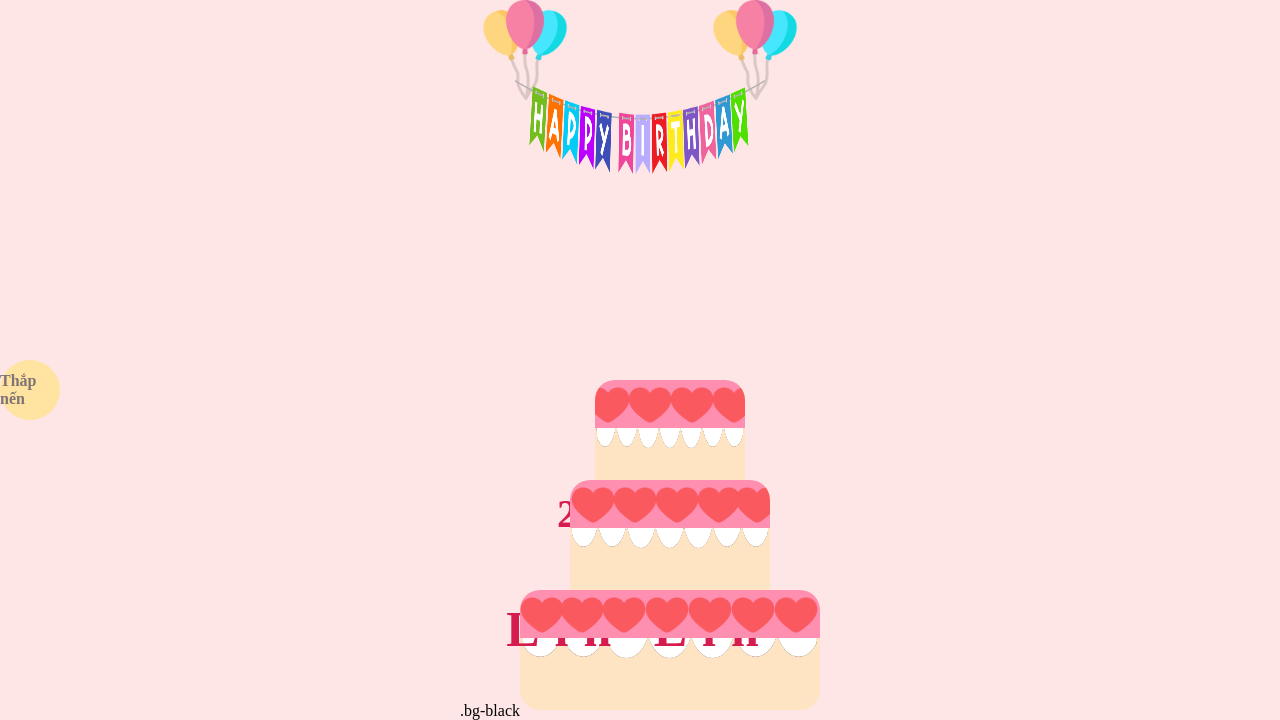
Repository: iphoneboy46/happybirthday
Page: index.html
The author's editor kept a copy of each file at every save. The page is drawn from the files as they stood at one save, then again after the next save.
The browser window is 1280 px wide. The pictures show the whole page.
Some web fonts or font styles are not loaded; a fallback is used.

Above is the page before, as saved 2022-11-28 21:41:05.

After the next save:
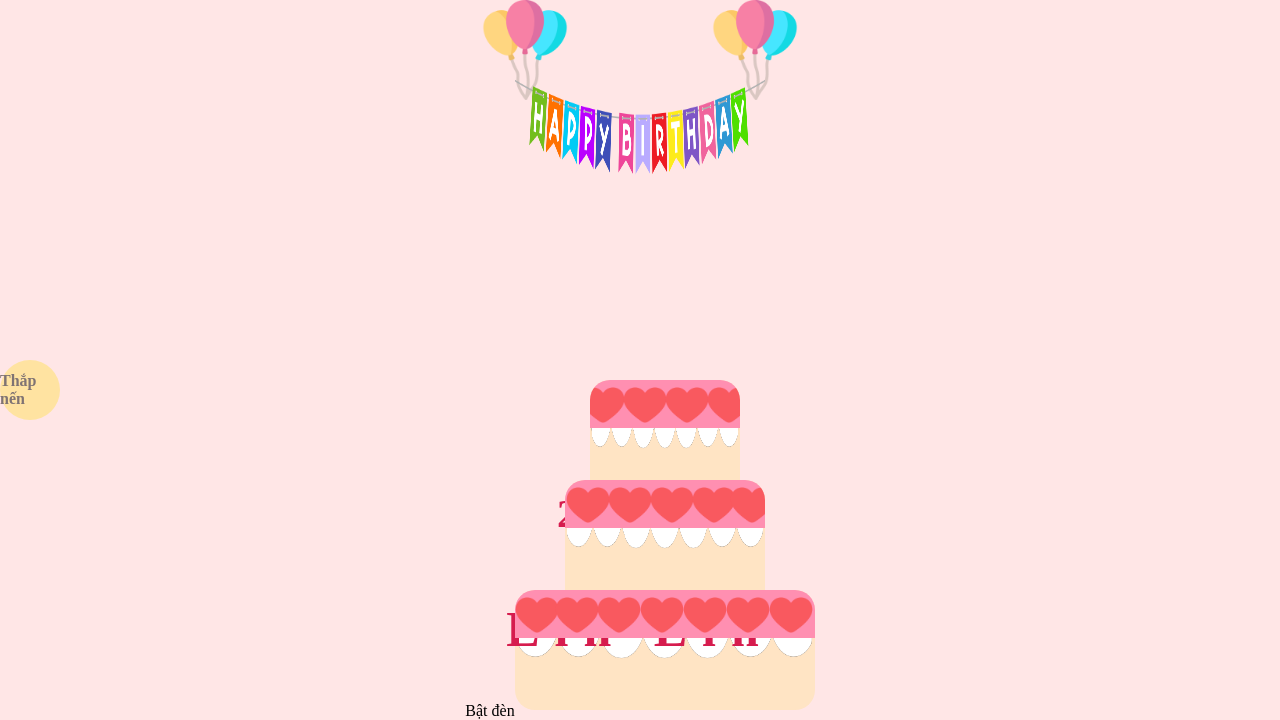
Saved 22 s later.
--- a/index.html
+++ b/index.html
@@ -9,7 +9,11 @@
   </head>
   <body>
     <div class="container">
-      .bg-black
+      <div class="bg-black">
+        <div class="moden">
+            Bật đèn
+        </div>
+      </div>
       <div class="cake">
         <div class="top--cake">
           <div class="img-wavy">
